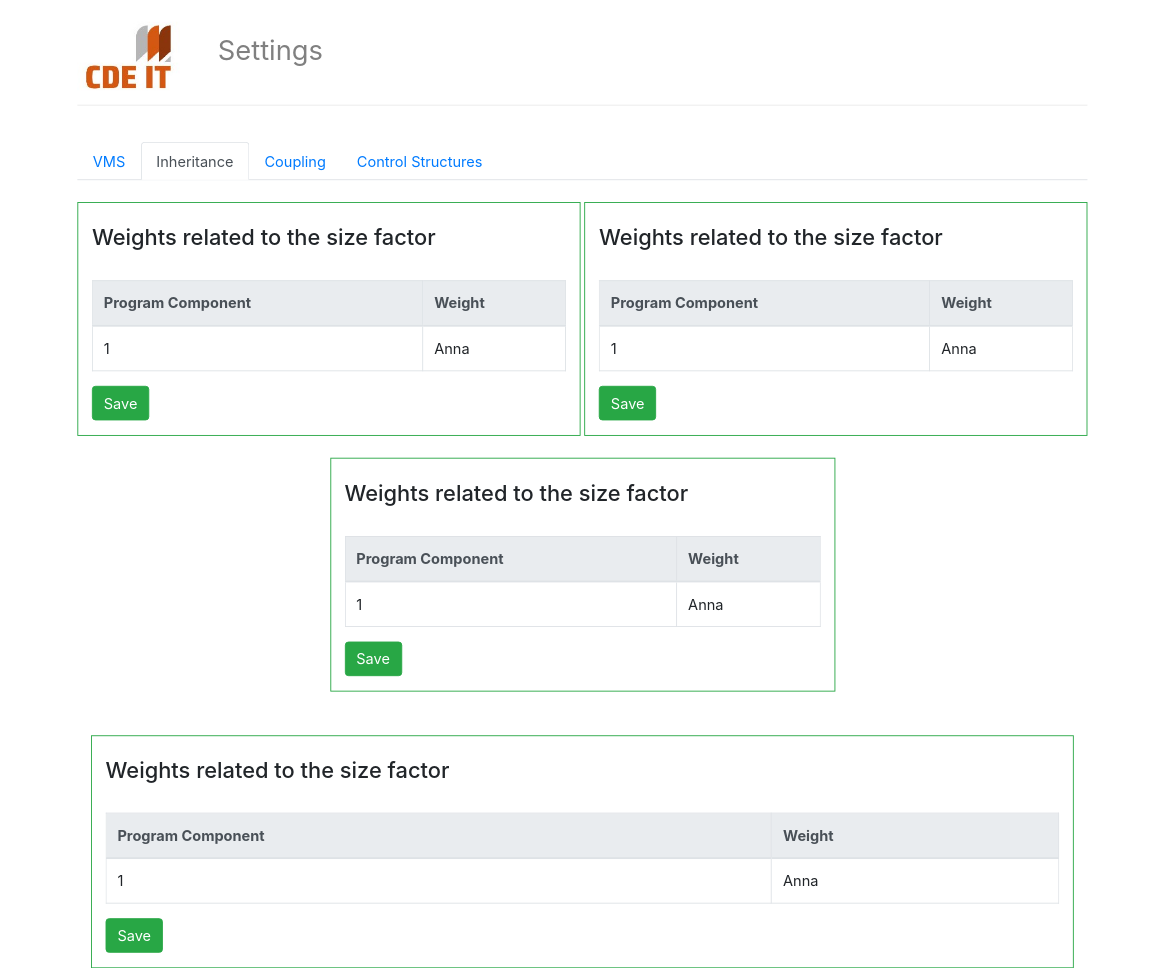
Repository: JudeAshan98/ITPM
Page: CDE_IT/WebContent/views/settings.html
These files come from the project's save history. The page is drawn as it stood at one moment and after the next save; the edit follows.
The browser window is 1280 px wide. The pictures show the whole page, at 91% of full size.

Above is the page before, as saved 2020-03-01 16:39:59.

After the next save:
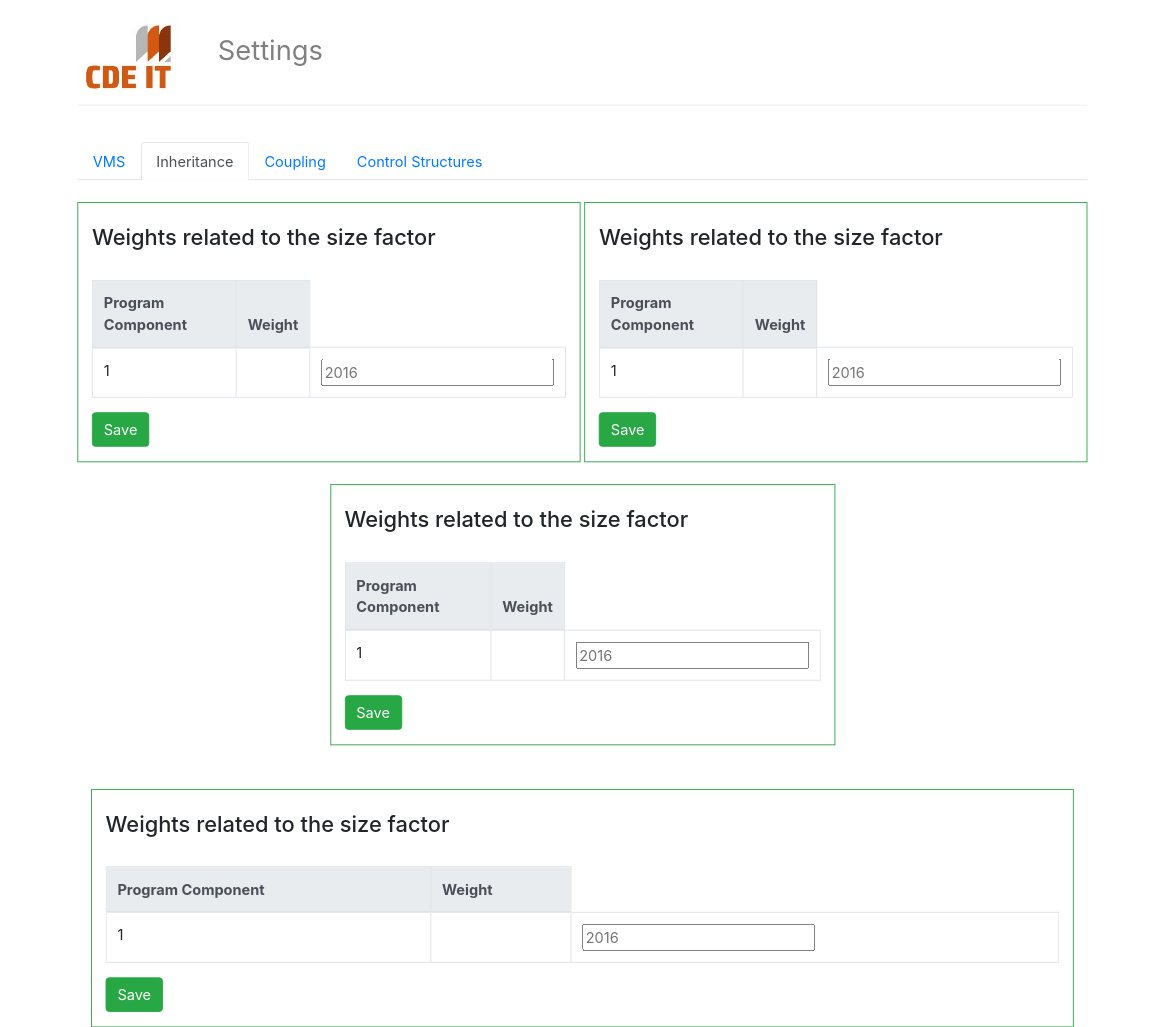
Saved 106 s later.
--- a/CDE_IT/WebContent/views/settings.html
+++ b/CDE_IT/WebContent/views/settings.html
@@ -57,7 +57,7 @@
 								<tbody>
 									<tr>
 										<td>1</td>
-										<td>Anna</td>
+										<td><td><input type="text" placeholder="2016"></td></td>
 									</tr>
 								</tbody>
 							</table>
@@ -80,7 +80,7 @@
 								<tbody>
 									<tr>
 										<td>1</td>
-										<td>Anna</td>
+										<td><td><input type="text" placeholder="2016"></td></td>
 									</tr>
 								</tbody>
 							</table>
@@ -106,7 +106,7 @@
 								<tbody>
 									<tr>
 										<td>1</td>
-										<td>Anna</td>
+										<td><td><input type="text" placeholder="2016"></td></td>
 									</tr>
 								</tbody>
 							</table>
@@ -134,7 +134,7 @@
 							<tbody>
 								<tr>
 									<td>1</td>
-									<td>Anna</td>
+									<td><td><input type="text" placeholder="2016"></td></td>
 								</tr>
 							</tbody>
 						</table>
@@ -160,7 +160,7 @@
 							<tbody>
 								<tr>
 									<td>1</td>
-									<td>Anna</td>
+									<td><td><input type="text" placeholder="2016"></td></td>
 								</tr>
 							</tbody>
 						</table>
@@ -186,7 +186,7 @@
 							<tbody>
 								<tr>
 									<td>1</td>
-									<td>Anna</td>
+									<td><td><input type="text" placeholder="2016"></td></td>
 								</tr>
 							</tbody>
 						</table>

After the save that followed:
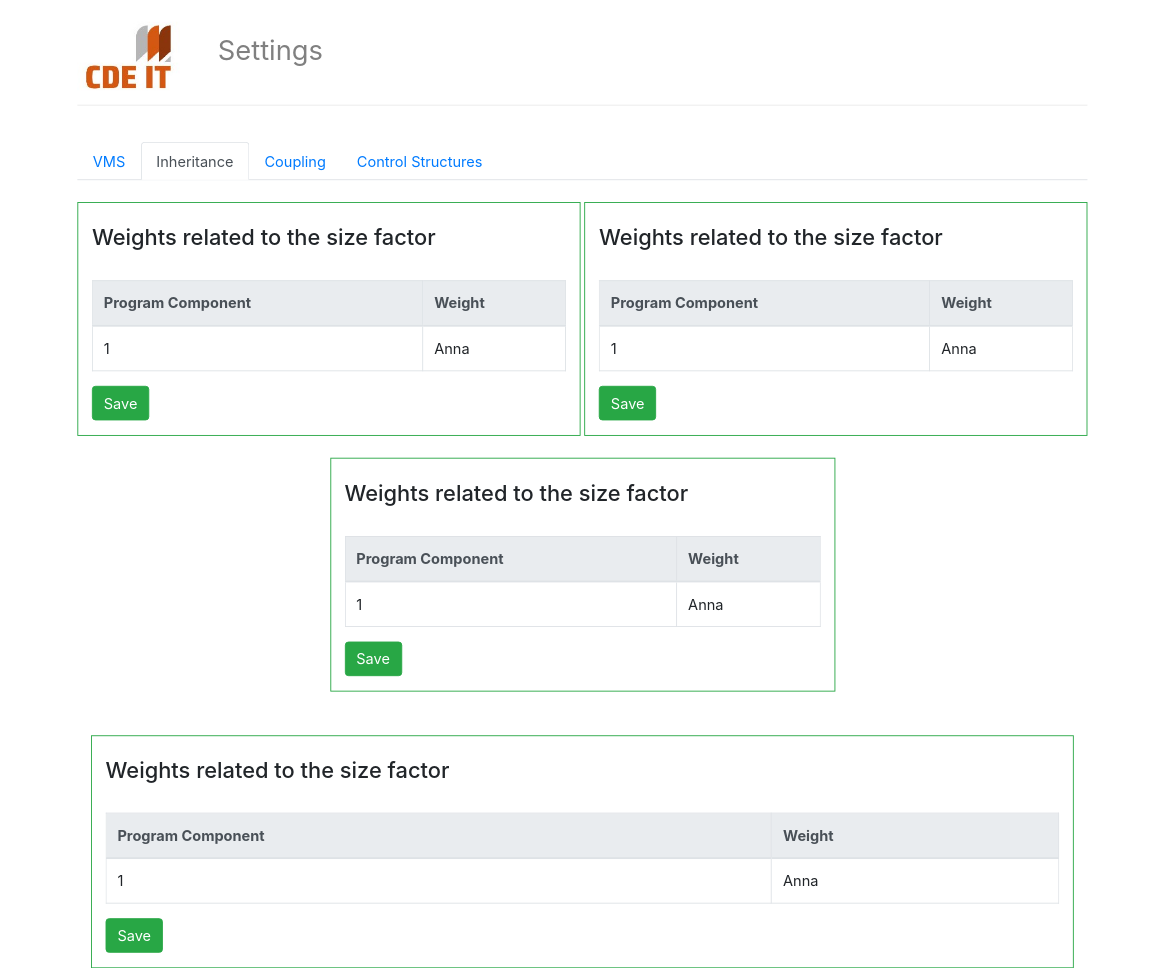
Saved 17 s later.
--- a/CDE_IT/WebContent/views/settings.html
+++ b/CDE_IT/WebContent/views/settings.html
@@ -57,7 +57,7 @@
 								<tbody>
 									<tr>
 										<td>1</td>
-										<td><td><input type="text" placeholder="2016"></td></td>
+										<td>Anna</td>
 									</tr>
 								</tbody>
 							</table>
@@ -80,7 +80,7 @@
 								<tbody>
 									<tr>
 										<td>1</td>
-										<td><td><input type="text" placeholder="2016"></td></td>
+										<td>Anna</td>
 									</tr>
 								</tbody>
 							</table>
@@ -106,7 +106,7 @@
 								<tbody>
 									<tr>
 										<td>1</td>
-										<td><td><input type="text" placeholder="2016"></td></td>
+										<td>Anna</td>
 									</tr>
 								</tbody>
 							</table>
@@ -134,7 +134,7 @@
 							<tbody>
 								<tr>
 									<td>1</td>
-									<td><td><input type="text" placeholder="2016"></td></td>
+									<td>Anna</td>
 								</tr>
 							</tbody>
 						</table>
@@ -160,7 +160,7 @@
 							<tbody>
 								<tr>
 									<td>1</td>
-									<td><td><input type="text" placeholder="2016"></td></td>
+									<td>Anna</td>
 								</tr>
 							</tbody>
 						</table>
@@ -186,7 +186,7 @@
 							<tbody>
 								<tr>
 									<td>1</td>
-									<td><td><input type="text" placeholder="2016"></td></td>
+									<td>Anna</td>
 								</tr>
 							</tbody>
 						</table>
